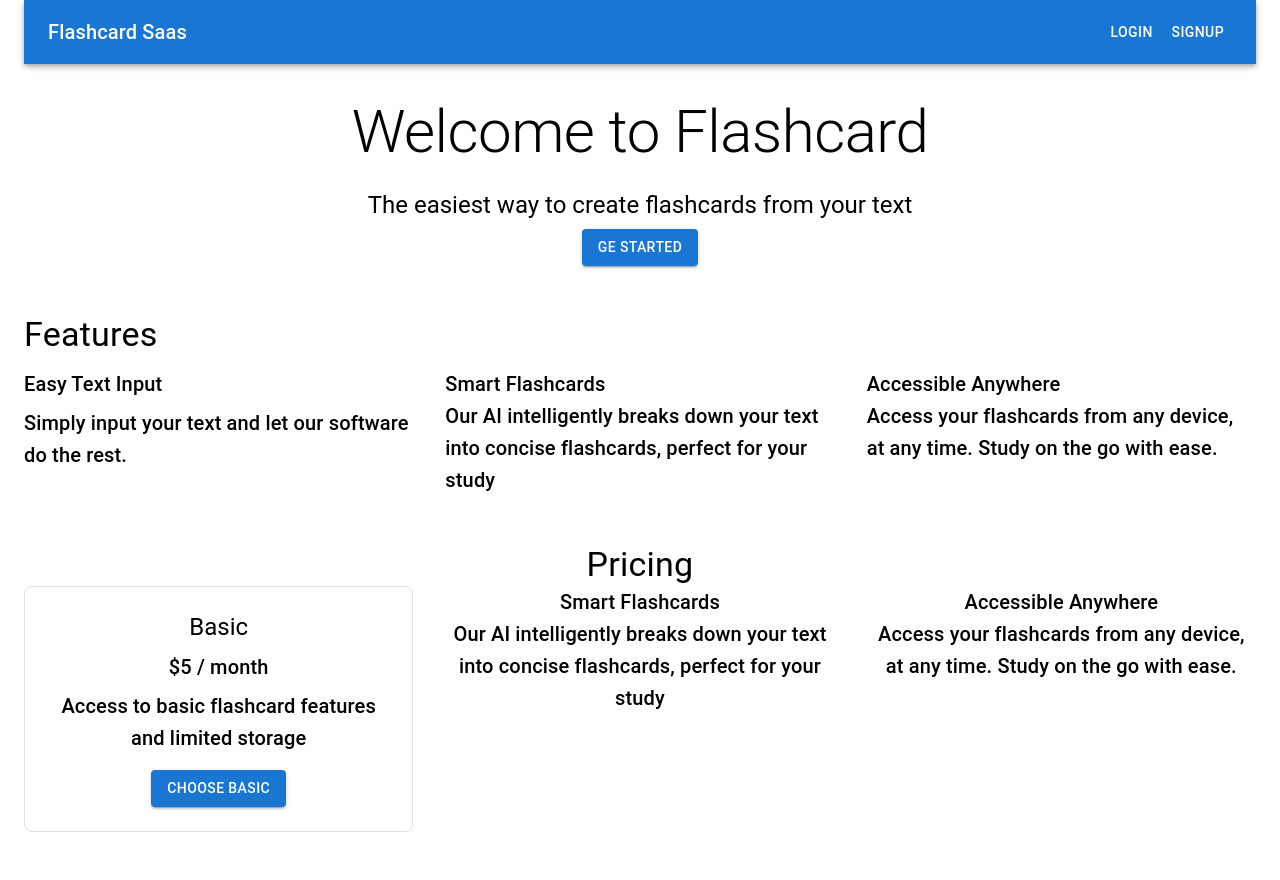
Repository: rakeshpuppala2590/AI-Flashcards-Stripe
Page: /
These files come from the project's save history. The page is drawn as it stood at one moment and after the next save; the edit follows.
The browser window is 1280 px wide. The pictures show the whole page.
The page's requests for data from a server got no answer. The project was rebuilt for these pictures with package versions that can differ from the ones it lists, and the page was loaded fresh each time. Some packages were replaced by stand-ins written for this rebuild. The framework's server and built-in components were replaced by stand-ins that run in the browser. No one was signed in, and anything a server would have sent is missing. Also part of the build but not shown: next.config.mjs.

Above is the page before, as saved 2024-08-12 15:19:04.

### src/app/page.js
import getStripe from "../../utils/get-stripe";
import { SignedIn, SignedOut, UserButton } from "@clerk/nextjs";
import Head from "next/head";
import {
  Grid,
  AppBar,
  Button,
  Container,
  Toolbar,
  Typography,
  Box,
} from "@mui/material";

export default function Home() {
  return (
    <Container maxWidth="100vW">
      <Head>
        <title>Flashcard Saas</title>
        <meta
          name="description"
          content="create flashcard from your text"
        ></meta>
      </Head>

      <AppBar position="static">
        <Toolbar>
          <Typography variant="h6" style={{ flexGrow: 1 }}>
            Flashcard Saas
          </Typography>
          <SignedOut>
            <Button color="inherit">Login</Button>
            <Button color="inherit">SignUp</Button>
          </SignedOut>
          <SignedIn>
            <Button>Logout</Button>
          </SignedIn>
        </Toolbar>
      </AppBar>

      <Box
        sx={{
          textAlign: "center",
          my: 4,
        }}
      >
        <Typography variant="h2" gutterBottom>
          Welcome to Flashcard
        </Typography>
        <Typography variant="h5" gutterBottom>
          {" "}
          The easiest way to create flashcards from your text
        </Typography>
        <Button variant="contained" color="primary">
          Ge Started
        </Button>
      </Box>
      <Box sx={{ my: 6 }}>
        <Typography variant="h4" gutterBottom>
          Features
        </Typography>
        <Grid container spacing={4}>
          <Grid item xs={12} md={4}>
            {" "}
            <Typography variant="h6" gutterBottom>
              Easy Text Input
            </Typography>
            <Typography variant="h6"> </Typography>
            <Typography variant="h6">
              Simply input your text and let our software do the rest.
            </Typography>
          </Grid>
          <Grid item xs={12} md={4}>
            {" "}
            <Typography variant="h6">Smart Flashcards</Typography>
            <Typography variant="h6"> </Typography>
            <Typography variant="h6">
              Our AI intelligently breaks down your text into concise
              flashcards, perfect for your study
            </Typography>
          </Grid>
          <Grid item xs={12} md={4}>
            {" "}
            <Typography variant="h6">Accessible Anywhere</Typography>
            <Typography variant="h6"> </Typography>
            <Typography variant="h6">
              Access your flashcards from any device, at any time. Study on the
              go with ease.
            </Typography>
          </Grid>
        </Grid>
      </Box>
      <Box sx={{ my: 6, textAlign: "center" }}>
        <Typography variant="h4">Pricing</Typography>
        <Grid container spacing={4}>
          <Grid item xs={12} md={4}>
            <Box
              sx={{
                p: 3,
                border: "1px solid",
                borderColor: "grey.300",
                borderRadius: 2,
              }}
            >
              <Typography variant="h5" gutterBottom>
                Basic
              </Typography>
              <Typography variant="h6" gutterBottom>
                $5 / month{" "}
              </Typography>
              <Typography variant="h6">
                {" "}
                Access to basic flashcard features and limited storage
              </Typography>
              <Button variant="contained" color="primary" sx={{ mt: 2 }}>
                Choose Basic
              </Button>
            </Box>
          </Grid>

          <Grid item xs={12} md={4}>
            {" "}
            <Typography variant="h6">Smart Flashcards</Typography>
            <Typography variant="h6"> </Typography>
            <Typography variant="h6">
              Our AI intelligently breaks down your text into concise
              flashcards, perfect for your study
            </Typography>
          </Grid>

          <Grid item xs={12} md={4}>
            {" "}
            <Typography variant="h6">Accessible Anywhere</Typography>
            <Typography variant="h6"> </Typography>
            <Typography variant="h6">
              Access your flashcards from any device, at any time. Study on the
              go with ease.
            </Typography>
          </Grid>
        </Grid>
      </Box>
    </Container>
  );
}

### utils/get-stripe.js
import { loadStripe } from "@stripe/stripe-js";
let stripePromise;
const getStripe = () => {
  if (!stripePromise) {
    stripePromise = loadStripe(process.env.NEXTJS_PUBLIC_STRIPE_PULIC_KEY);
  }
  return stripePromise;
};
export default getStripe;

Loaded but not shown: src/app/layout.js (common file); src/app/globals.css (common file); tailwind.config.js (common file)

After the next save:
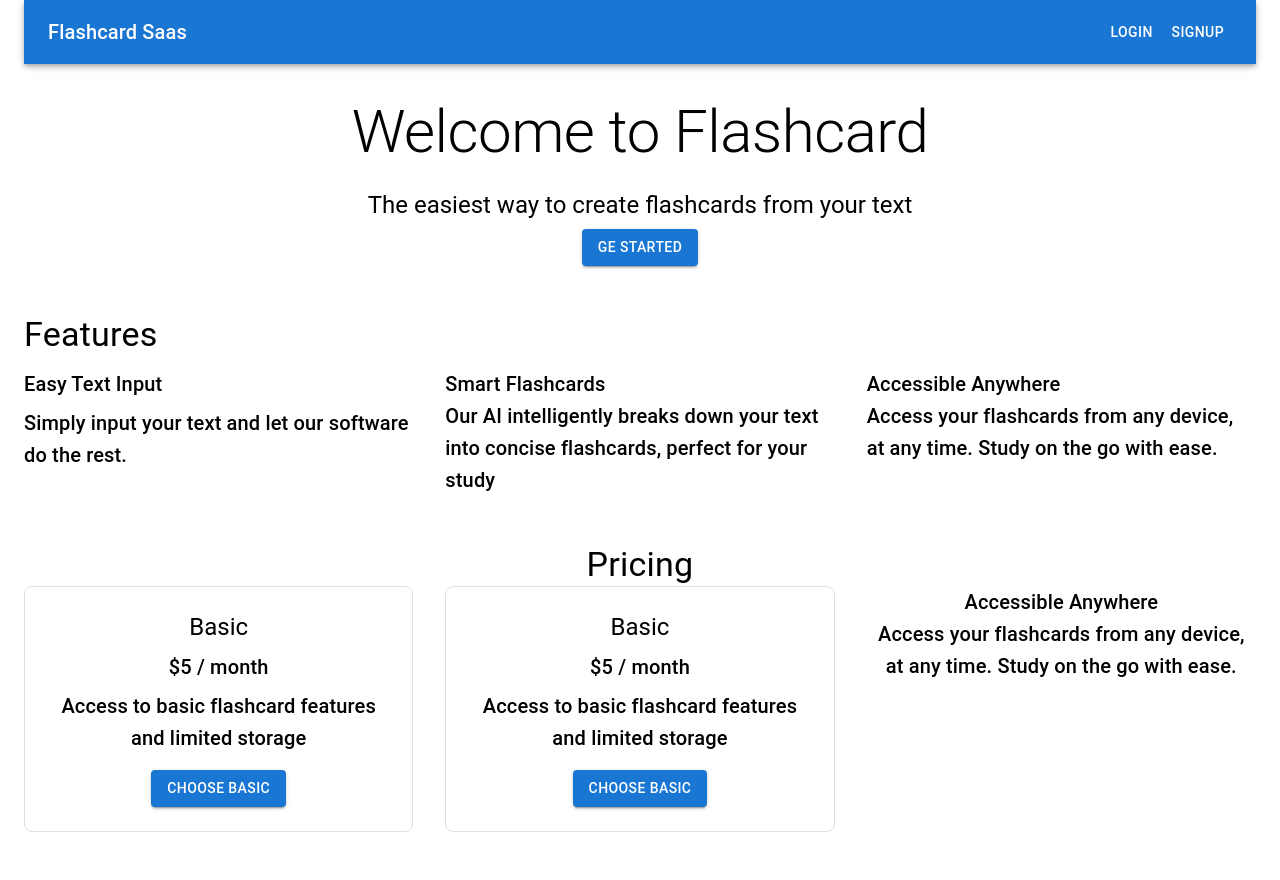
Saved 2 min 26 s later.
--- a/src/app/page.js
+++ b/src/app/page.js
@@ -118,13 +118,28 @@ export default function Home() {
           </Grid>
 
           <Grid item xs={12} md={4}>
-            {" "}
-            <Typography variant="h6">Smart Flashcards</Typography>
-            <Typography variant="h6"> </Typography>
-            <Typography variant="h6">
-              Our AI intelligently breaks down your text into concise
-              flashcards, perfect for your study
-            </Typography>
+            <Box
+              sx={{
+                p: 3,
+                border: "1px solid",
+                borderColor: "grey.300",
+                borderRadius: 2,
+              }}
+            >
+              <Typography variant="h5" gutterBottom>
+                Basic
+              </Typography>
+              <Typography variant="h6" gutterBottom>
+                $5 / month{" "}
+              </Typography>
+              <Typography variant="h6">
+                {" "}
+                Access to basic flashcard features and limited storage
+              </Typography>
+              <Button variant="contained" color="primary" sx={{ mt: 2 }}>
+                Choose Basic
+              </Button>
+            </Box>
           </Grid>
 
           <Grid item xs={12} md={4}>
